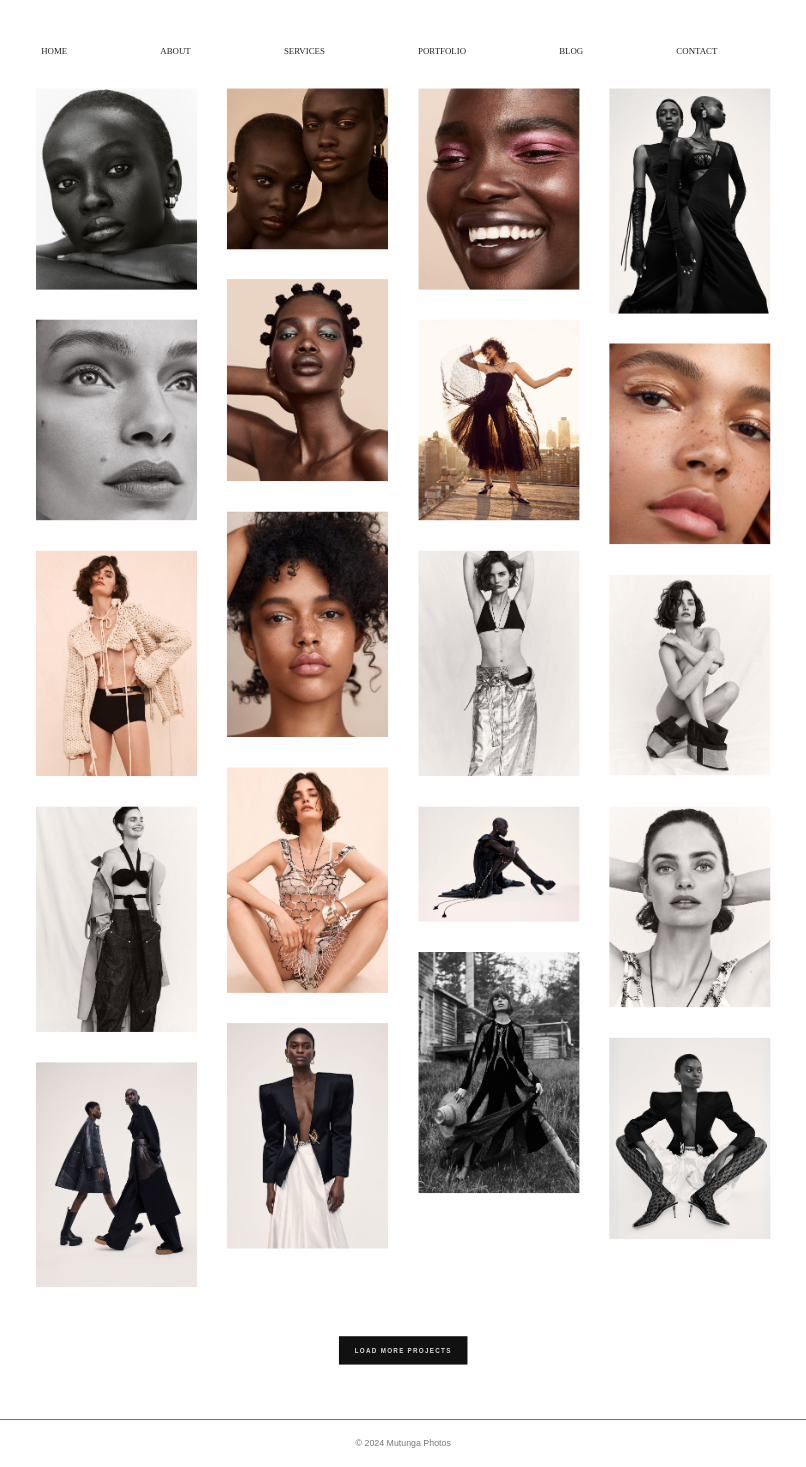
Repository: Jonar254/mutunga-concept-01
Page: index.html
An editor plug-in stored every save of this project. The page is shown before and after the next save, followed by the edit.
The browser window is 1280 px wide. The pictures show the whole page, at 63% of full size.
Some web fonts or font styles are not loaded; a fallback is used.

Above is the page before, as saved 2024-07-02 19:08:13.

### index.html
<!doctype html>
<!--[if lt IE 7]>      <html class="no-js lt-ie9 lt-ie8 lt-ie7" lang=""> <![endif]-->
<!--[if IE 7]>         <html class="no-js lt-ie9 lt-ie8" lang=""> <![endif]-->
<!--[if IE 8]>         <html class="no-js lt-ie9" lang=""> <![endif]-->
<!--[if gt IE 8]><!--> <html class="no-js" lang="en"> <!--<![endif]-->


<head>
        <meta charset="utf-8">
        <meta name="viewport" content="width=device-width, initial-scale=1">
		<meta name="description" content="">
        <meta name="author" content="IconicThemes">

        <title>Mutunga Photos || Index</title>

		<link rel="shortcut icon" type="image/x-icon" href="img/favicon.png">

        <!-- Font Awesome Icons CSS -->
        <link rel="stylesheet" href="css/font-awesome.min.css">
        <!-- Themify Icons CSS -->
        <link rel="stylesheet" href="css/themify-icons.css">
        <!-- Elegant Font Icons CSS -->
        <link rel="stylesheet" href="css/elegant-font-icons.css">
        <!-- Elegant Line Icons CSS -->
        <link rel="stylesheet" href="css/elegant-line-icons.css">
		<!-- Bootstrap CSS -->
        <link rel="stylesheet" href="css/bootstrap.min.css">
        <!-- CSS Animation -->
        <link rel="stylesheet" href="css/animate.min.css">
		<!-- Venobox CSS -->
        <link rel="stylesheet" href="css/venobox/venobox.css">
		<!-- OWL-Carousel CSS -->
        <link rel="stylesheet" href="css/owl.carousel.css">
        <!-- Slick Nav CSS -->
        <link rel="stylesheet" href="css/slicknav.min.css">
		<!-- Main CSS -->
        <link rel="stylesheet" href="css/main.css">
		<!-- Responsive CSS -->
        <link rel="stylesheet" href="css/responsive.css">

        <script src="js/vendor/modernizr-2.8.3-respond-1.4.2.min.js"></script>
    </head>
    <body>
        <!--[if lt IE 8]>
            <p class="browserupgrade">You are using an <strong>outdated</strong> browser. Please <a href="http://browsehappy.com/">upgrade your browser</a> to improve your experience.</p>
        <![endif]-->

        <div class="site-preloader-wrap">
            <div class="spinner"></div>
        </div><!-- Preloader -->

        <header id="header" class="header-section">
            <div class="container-fluid">
                <div class="row d-flex flex-column align-items-center">
                    <div class="col-12 text-center pt-lg-4">
                        <div class="site-branding">
                            <a href="#"><!--<h2 class="site-title fw-bold"> <span>MUTUNGA</span> <span>PHOTOS</span></h2>--></a>
                        </div>
                    </div>
                    <div class="col-12 text-center">
                        <ul id="mainmenu" class="nav navbar-nav nav-menu">
                            <li class="nav-item active"><a href="index.html" class="nav-link">Home</a></li>
                            <li class="nav-item"><a href="about.html" class="nav-link">About</a></li>
                            <li class="nav-item"><a href="services.html" class="nav-link">Services</a></li>
                            <li class="nav-item"><a href="portfolio.html" class="nav-link">Portfolio</a></li>

                             <li class="nav-item"><a href="blog.html" class="nav-link">Blog</a>
                                <ul class="submenu">
                                    <li class="nav-item"><a href="blog-single.html" class="nav-link">Blog Single</a></li>
                                </ul>
                            </li>
                            <li class="nav-item"><a href="contact.html" class="nav-link">Contact</a></li>
                        </ul>
                    </div>
                </div>
            </div>
        </header>


       <!--<div class="header-height"></div>-->



        <section class="portfolio-section padding">
        <div class="container-fluid px-lg-5">
            <!-- <div class="row">
                 <ul class="portfolio-filter text-center mb-30">
                     <li class="active" data-filter="*">All</li>
                     <li data-filter=".branding">Branding</li>
                     <li data-filter=".design">Design</li>
                     <li data-filter=".wordpress">Wordpress</li>
                     <li data-filter=".marketing">Marketing</li>
                 </ul> /.Work filter
             </div> -->
             <div class="row portfolio-items">
                 <div class="col-lg-3 col-md-4 col-sm-6 mb-5 px-4 single-item branding design">
                     <div class="portfolio-box">
                         <img src="img/lara (1).jpeg" alt="img">
                         <div class="portfolio-inner">
                             <div class="portfolio-content">
                                 <h3><a href="portfolio-single.html">1</a></h3>
                                 <span>Branding</span>
                             </div>
                         </div>
                     </div>
                 </div><!-- /Portfolio-1 -->
                 <div class="col-lg-3 col-md-4 col-sm-6 mb-5 px-4 single-item design wordpress">
                     <div class="portfolio-box">
                         <img src="img/lara (2).jpeg" alt="img">
                         <div class="portfolio-inner">
                             <div class="portfolio-content">
                                 <h3><a href="portfolio-single.html">2</a></h3>
                                 <span>Design</span>
                             </div>
                         </div>
                     </div>
                 </div><!-- /Portfolio-2 -->
                 <div class="col-lg-3 col-md-4 col-sm-6 mb-5 px-4 single-item wordpress marketing">
                     <div class="portfolio-box">
                         <img src="img/lara (3).jpeg" alt="img">
                         <div class="portfolio-inner">
                             <div class="portfolio-content">
                                 <h3><a href="portfolio-single.html">3</a></h3>
                                 <span>Web Design</span>
                             </div>
                         </div>
                     </div>
                 </div><!-- /Portfolio-3 -->
                 <div class="col-lg-3 col-md-4 col-sm-6 mb-5 px-4 single-item branding marketing">
                     <div class="portfolio-box">
                         <img src="img/lara (17).jpg" alt="img">
                         <div class="portfolio-inner">
                             <div class="portfolio-content">
                                 <h3><a href="portfolio-single.html">4</a></h3>
                                 <span>Website</span>
                             </div>
                         </div>
                     </div>
                 </div><!-- /Portfolio-4 -->
                 <div class="col-lg-3 col-md-4 col-sm-6 mb-5 px-4 single-item design branding">
                     <div class="portfolio-box">
                         <img src="img/lara (5).jpeg" alt="img">
                         <div class="portfolio-inner">
                             <div class="portfolio-content">
                                 <h3><a href="portfolio-single.html">5</a></h3>
                                 <span>Design</span>
                             </div>
                         </div>
                     </div>
                 </div><!-- /Portfolio-5 -->
                 <div class="col-lg-3 col-md-4 col-sm-6 mb-5 px-4 single-item wordpress design">
                     <div class="portfolio-box">
                         <img src="img/lara (6).jpeg" alt="img">
                         <div class="portfolio-inner">
                             <div class="portfolio-content">
                                 <h3><a href="portfolio-single.html">6</a></h3>
                                 <span>Branding</span>
                             </div>
                         </div>
                     </div>
                 </div><!-- /Portfolio-6 -->
                 <div class="col-lg-3 col-md-4 col-sm-6 mb-5 px-4 single-item branding wordpress">
                     <div class="portfolio-box">
                         <img src="img/lara (7).jpeg" alt="img">
                         <div class="portfolio-inner">
                             <div class="portfolio-content">
                                 <h3><a href="portfolio-single.html">7</a></h3>
                                 <span>Website</span>
                             </div>
                         </div>
                     </div>
                 </div><!-- /Portfolio-7 -->
                 <div class="col-lg-3 col-md-4 col-sm-6 mb-5 px-4 single-item design marketing">
                     <div class="portfolio-box">
                         <img src="img/lara (8).jpg" alt="img">
                         <div class="portfolio-inner">
                             <div class="portfolio-content">
                                 <h3><a href="portfolio-single.html">8</a></h3>
                                 <span>Branding</span>
                             </div>
                         </div>
                     </div>
                 </div><!-- /Portfolio-8 -->
                 <div class="col-lg-3 col-md-4 col-sm-6 mb-5 px-4 single-item marketing design">
                     <div class="portfolio-box">
                         <img src="img/lara (9).jpg" alt="img">
                         <div class="portfolio-inner">
                             <div class="portfolio-content">
                                 <h3><a href="portfolio-single.html">9</a></h3>
                                 <span>Design</span>
                             </div>
                         </div>
                     </div>
                 </div><!-- /Portfolio-9 -->
                 <!-- Portfolio Items from 10 to 20 -->
<div class="col-lg-3 col-md-4 col-sm-6 mb-5 px-4 single-item marketing design">
    <div class="portfolio-box">
        <img src="img/lara (10).jpg" alt="img">
        <div class="portfolio-inner">
            <div class="portfolio-content">
                <h3><a href="portfolio-single.html">10</a></h3>
                <span>Design</span>
            </div>
        </div>
    </div>
</div><!-- /Portfolio-10 -->

<div class="col-lg-3 col-md-4 col-sm-6 mb-5 px-4 single-item marketing design">
    <div class="portfolio-box">
        <img src="img/lara (11).jpg" alt="img">
        <div class="portfolio-inner">
            <div class="portfolio-content">
                <h3><a href="portfolio-single.html">11</a></h3>
                <span>Design</span>
            </div>
        </div>
    </div>
</div><!-- /Portfolio-11 -->

<div class="col-lg-3 col-md-4 col-sm-6 mb-5 px-4 single-item marketing design">
    <div class="portfolio-box">
        <img src="img/lara (12).jpg" alt="img">
        <div class="portfolio-inner">
            <div class="portfolio-content">
                <h3><a href="portfolio-single.html">12</a></h3>
                <span>Design</span>
            </div>
        </div>
    </div>
</div><!-- /Portfolio-12 -->

<div class="col-lg-3 col-md-4 col-sm-6 mb-5 px-4 single-item marketing design">
    <div class="portfolio-box">
        <img src="img/lara (13).jpg" alt="img">
        <div class="portfolio-inner">
            <div class="portfolio-content">
                <h3><a href="portfolio-single.html">13</a></h3>
                <span>Design</span>
            </div>
        </div>
    </div>
</div><!-- /Portfolio-13 -->

<div class="col-lg-3 col-md-4 col-sm-6 mb-5 px-4 single-item marketing design">
    <div class="portfolio-box">
        <img src="img/lara (14).jpg" alt="img">
        <div class="portfolio-inner">
            <div class="portfolio-content">
                <h3><a href="portfolio-single.html">14</a></h3>
                <span>Design</span>
            </div>
        </div>
    </div>
</div><!-- /Portfolio-14 -->

<div class="col-lg-3 col-md-4 col-sm-6 mb-5 px-4 single-item marketing design">
    <div class="portfolio-box">
        <img src="img/lara (15).jpg" alt="img">
        <div class="portfolio-inner">
            <div class="portfolio-content">
                <h3><a href="portfolio-single.html">15</a></h3>
                <span>Design</span>
            </div>
        </div>
    </div>
</div><!-- /Portfolio-15 -->

<div class="col-lg-3 col-md-4 col-sm-6 mb-5 px-4 single-item marketing design">
    <div class="portfolio-box">
        <img src="img/lara (16).jpg" alt="img">
        <div class="portfolio-inner">
            <div class="portfolio-content">
                <h3><a href="portfolio-single.html">16</a></h3>
                <span>Design</span>
            </div>
        </div>
    </div>
</div><!-- /Portfolio-16 -->

<div class="col-lg-3 col-md-4 col-sm-6 mb-5 px-4 single-item marketing design">
    <div class="portfolio-box">
        <img src="img/lara (4).jpg" alt="img">
        <div class="portfolio-inner">
            <div class="portfolio-content">
                <h3><a href="portfolio-single.html">17</a></h3>
                <span>Design</span>
            </div>
        </div>
    </div>
</div><!-- /Portfolio-17 -->

<div class="col-lg-3 col-md-4 col-sm-6 mb-5 px-4 single-item marketing design">
    <div class="portfolio-box">
        <img src="img/lara (18).jpg" alt="img">
        <div class="portfolio-inner">
            <div the "portfolio-content">
                <h3><a href="portfolio-single.html">18</a></h3>
                <span>Design</span>
            </div>
        </div>
    </div>
</div><!-- /Portfolio-18 -->

<div class="col-lg-3 col-md-4 col-sm-6 mb-5 px-4 single-item marketing design">
    <div class="portfolio-box">
        <img src="img/lara (19).jpg" alt="img">
        <div class="portfolio-inner">
            <div class="portfolio-content">
                <h3><a href="portfolio-single.html">19</a></h3>
                <span>Design</span>
            </div>
        </div>
    </div>
</div><!-- /Portfolio-19 -->

<div class="col-lg-3 col-md-4 col-sm-6 mb-5 px-4 single-item marketing design">
    <div class="portfolio-box">
        <img src="img/lara (20).jpg" alt="img">
        <div class="portfolio-inner">
            <div the "portfolio-content">
                <h3><a href="portfolio-single.html">20</a></h3>
                <span>Design</span>
            </div>
        </div>
    </div>
</div><!-- /Portfolio-20 -->

             </div>
             <div class="load-more-btn text-center mt-30">
                 <a href="#" class="default-btn">Load More Projects</a>
             </div>
         </div>
        </section>

<!--
        <section class="footer-widget-section padding">
            <div class="container">
                <div class="row">
                    <div class="col-md-4 col-sm-6 xs-padding">
                        <div class="footer-widget">
                            <h2 class="text-white">Stela.</h2>
                            <div class="sep"></div>
                            <p class="mb-0">Stela will help you to make any website like creative startups, professional photographer, portfolio agency or other business very easily as it has been coded in Bootstrap and CSS3.</p>
                        </div>
                    </div>
                    <div class="col-md-4 col-sm-6 xs-padding">
                        <div class="footer-widget">
                            <ul class="address">
                                <li><i class="fa fa-phone"></i> <a href="mailto:+12345678905">+1234 567 8905</a></li>
                                <li><i class="fa fa-envelope-o"></i> <a href="mailto:email@yourdomain.com">email@yourdomain.com</a></li>
                                <li><i class="fa fa-map-marker"></i> 60 Grand Avenue. Central New Road 0708, USA</li>
                            </ul>
                            <ul class="social-icon">
                                <li class="facebook"><a href="#"><i class="fa fa-facebook"></i></a></li>
                                <li class="twitter"><a href="#"><i class="fa fa-twitter"></i></a></li>
                                <li class="instagram"><a href="#"><i class="fa fa-instagram"></i></a></li>
                                <li class="pinterest"><a href="#"><i class="fa fa-pinterest"></i></a></li>
                                <li class="dribbble"><a href="#"><i class="fa fa-dribbble"></i></a></li>
                            </ul>
                        </div>
                    </div>
                    <div class="col-md-4 col-sm-6 xs-padding">
                        <div class="footer-widget">
                            <h2 class="text-white">About me.</h2>
                            <div class="sep"></div>
                            <p class="mb-0">I believe that every client Business more management is a holistic management approach focused on aligning all aspects organization with the wants and needs of clients.</p>
                        </div>
                    </div>
                </div>
            </div>
        </section><!-- /.footer-widget-section -->

        <footer class="copyright-text text-center">
            <div class="container">
                <p>&copy; 2024 Mutunga Photos</p>
            </div>
        </footer><!-- /.copyright-text -->

		<a data-scroll href="#header" id="scroll-to-top"><i class="arrow_up"></i></a>

		<!-- jQuery Lib -->
		<script src="js/vendor/jquery-1.12.4.min.js"></script>
		<!-- Bootstrap JS -->
		<script src="js/vendor/bootstrap.min.js"></script>
		<!-- Tether JS -->
		<script src="js/vendor/tether.min.js"></script>
        <!-- Imagesloaded JS -->
        <script src="js/vendor/imagesloaded.pkgd.min.js"></script>
		<!-- OWL-Carousel JS -->
		<script src="js/vendor/owl.carousel.min.js"></script>
		<!-- isotope JS -->
		<script src="js/vendor/jquery.isotope.v3.0.2.js"></script>
		<!-- Smooth Scroll JS -->
		<script src="js/vendor/smooth-scroll.min.js"></script>
		<!-- venobox JS -->
		<script src="js/vendor/venobox.min.js"></script>
        <!-- Slick Nav JS -->
        <script src="js/vendor/jquery.slicknav.min.js"></script>
        <!-- Wow JS -->
		<script src="js/vendor/wow.min.js"></script>
		<!-- Contact JS -->
		<script src="js/contact.js"></script>
		<!-- Main JS -->
		<script src="js/main.js"></script>

    </body>

</html>

### css/responsive.css
/* Charitify Theme Responsive Design */

@media (max-width: 1024px) {
   .skill-content {
    padding: 29px 20px;
}

/* ---- Start of max-width 992px CSS ---- */
@media (max-width: 992px) {
    .sm-padding{
        padding: 15px;
    }
    ul.nav > li > a {
        font-size: 10px;
        padding: 0 5px;
    }
    .blog-content p{
        font-size: 12px;
    }
    .blog-items{
        padding: 0 10px;
    }
    .list-items .blog-post .col-md-6:first-child{
        padding-left: 15px;
    }
    .bottom-header .default-btn{
        display: none;
    }
    #mainmenu li{
        padding-left: 15px;
    }
    .hero-content h1{
        font-size: 36px;
    }
    .about-bg {
        margin-bottom: 30px;
    }
    .comments-list .comment-box {
        width: 80%;
    }
    .reply-list .comment-box{
        width: 80%;
    }
    .social-icon li{
        margin-bottom: 10px;
    }

}
/* ---- End of max-width 992px CSS ---- */


/* ---- Start of min-width 480px and max-width 768px CSS ---- */
@media all and (min-width: 480px) and (max-width: 768px) {

}
/* ---- End of min-width 480px and max-width 768px CSS ---- */


/* ---- Start of max-width 767px CSS ---- */
@media all and (max-width: 767px) {
    body, p{
        font-size: 12px;
        line-height: 22px;
    }
    h1{
        font-size: 30px;
        line-height: 40px;
    }
    h2 br,
    h1 br{
        display: none;
    }
    h2{
        font-size: 20px;
    }
    h3{
        font-size: 16px;
    }
    p br{
        display: none;
    }
    .hero-section,
    .page-header.
    .padding{
        padding: 60px 0;
    }
    .portfolio-section{ padding-top: 0; }
    .xs-padding{
    	padding: 15px;
    }
    .site-branding {
        padding: 17px 0;
    }
    .js #mainmenu {
        display:none;
    }
    .js .slicknav_menu {
        display:block;
    }
    .main-header .social-icon{
        display: none;
    }
    #scroll-to-top {
        width: 35px;
        height: 35px;
        font-size: 10px;
        line-height: 35px;
        bottom: 20px;
        right: 20px;
    }
}
/* ---- End of max-width 767px CSS ---- */


/* ---- Start of max-width 580px CSS ---- */
@media all and (max-width: 580px) {
    .coment-form .form-group .col-sm-4{
        margin-bottom: 15px;
        margin-top: auto;
    }
    .comment-form .form-group .col-sm-4:nth-child(1),
    .comment-form .form-group .col-sm-4:nth-child(2){
        margin-bottom: 15px;
    }
    .slider-text h1{
        font-size: 16px;
    }
    .slider-text p{
        display: none;
    }
    .top-content-wrap ul li{
        margin-right: 18px;
    }
    .reply-list {
        padding-left: 20px;
    }

}
/* ---- End of max-width 580px CSS ---- */


/* ---- Start of max-width 420px CSS ---- */
@media all and (max-width: 420px) {

}
/* ---- End of max-width 420px CSS ---- */


/* ---- Start of max-width 380px CSS ---- */
@media all and (max-width: 380px) {
	.slider_content .btn_group a {
        margin: 0 10px 10px 0;
    }
}
/* ---- End of max-width 380px CSS ---- */

Loaded but not shown: css/font-awesome.min.css (library); css/themify-icons.css (library); css/bootstrap.min.css (library); css/animate.min.css (library); css/venobox/venobox.css (common file); css/owl.carousel.css (library); css/slicknav.min.css (common file); js/vendor/modernizr-2.8.3-respond-1.4.2.min.js (library); js/vendor/jquery-1.12.4.min.js (library); js/vendor/bootstrap.min.js (library); js/vendor/tether.min.js (library); js/vendor/imagesloaded.pkgd.min.js (library); js/vendor/owl.carousel.min.js (library); js/vendor/jquery.isotope.v3.0.2.js (library); js/vendor/smooth-scroll.min.js (library); js/vendor/venobox.min.js (library); js/vendor/jquery.slicknav.min.js (library); js/vendor/wow.min.js (library); js/main.js (164 lines, source omitted); js/contact.js (49 lines, source omitted); css/main.css (1443 lines, source omitted); css/elegant-font-icons.css (1157 lines, source omitted); css/elegant-line-icons.css (343 lines, source omitted)

After the next save:
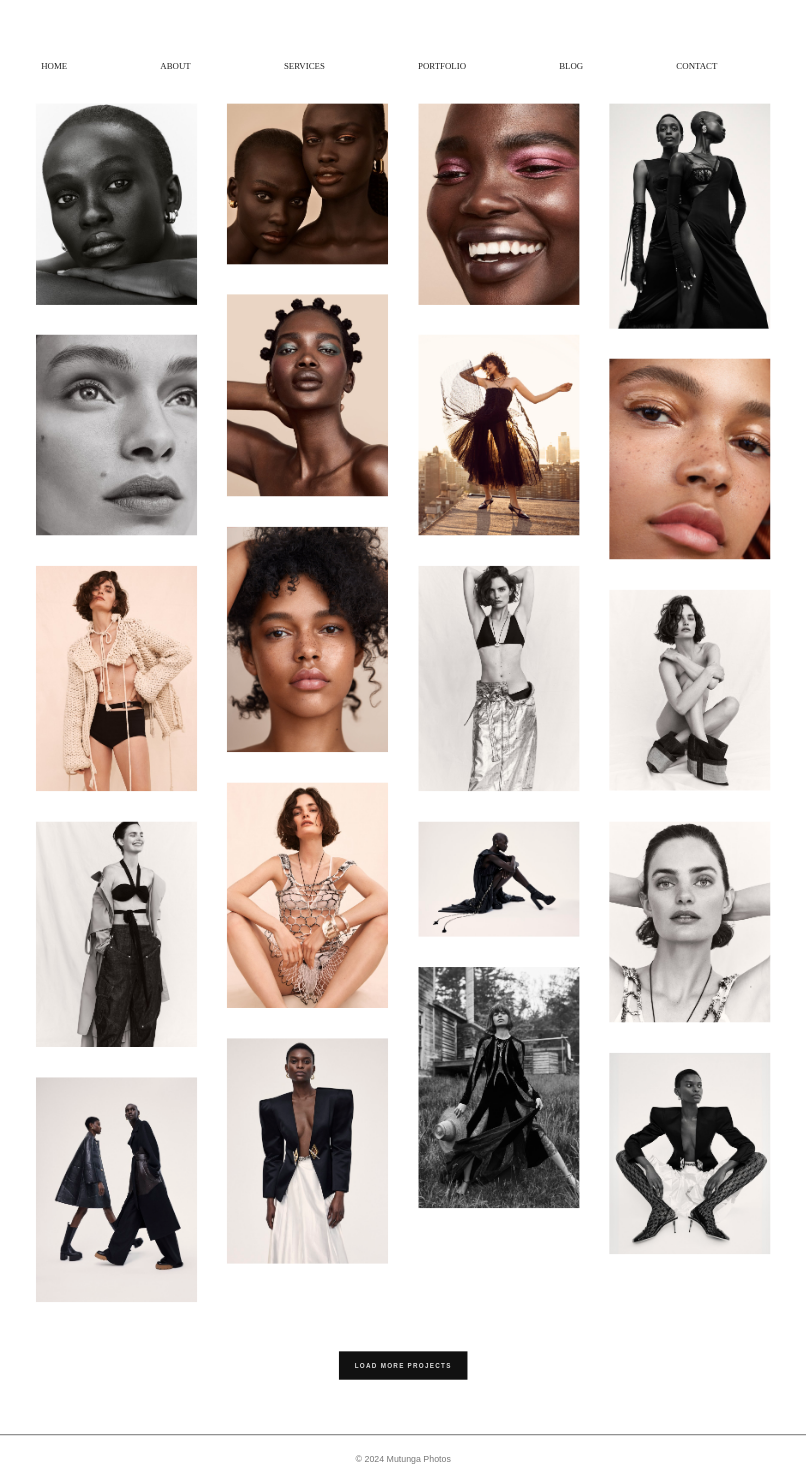
Saved 4 s later.
--- a/index.html
+++ b/index.html
@@ -54,7 +54,7 @@
                 <div class="row d-flex flex-column align-items-center">
                     <div class="col-12 text-center pt-lg-4">
                         <div class="site-branding">
-                            <a href="#"><!--<h2 class="site-title fw-bold"> <span>MUTUNGA</span> <span>PHOTOS</span></h2>--></a>
+                            <a href="#"><img src="" alt=""><!--<h2 class="site-title fw-bold"> <span>MUTUNGA</span> <span>PHOTOS</span></h2>--></a>
                         </div>
                     </div>
                     <div class="col-12 text-center">
